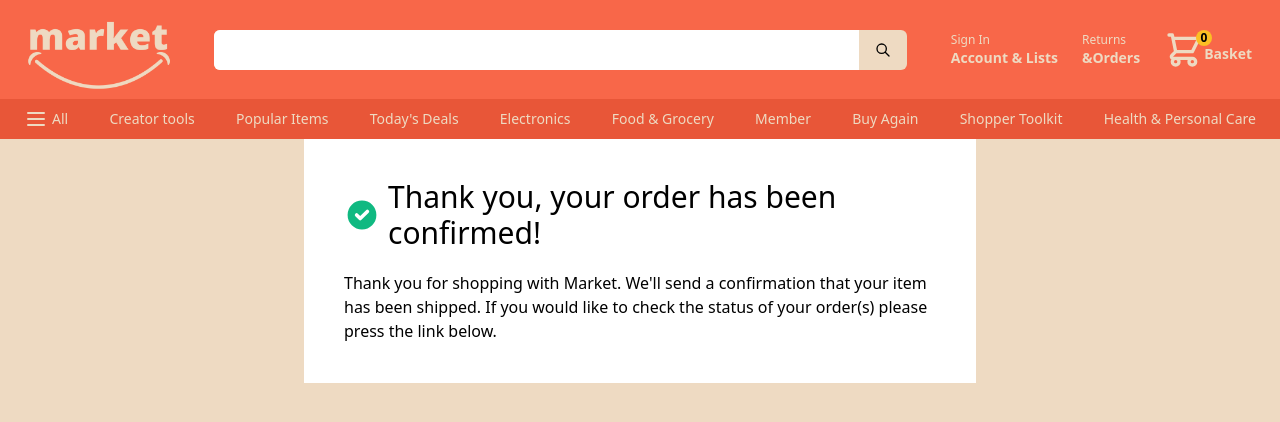
Repository: stephan-chiorean/marketplace-app
Page: /success
An editor plug-in stored every save of this project. The page is shown before and after the next save, followed by the edit.
The browser window is 1280 px wide. The pictures show the whole page.
The page's requests for data from a server got no answer. The project was rebuilt for these pictures with package versions that can differ from the ones it lists, and the page was loaded fresh each time. The framework's server and built-in components were replaced by stand-ins that run in the browser. No one was signed in, and anything a server would have sent is missing. Also part of the build but not shown: next.config.js.

Above is the page before, as saved 2023-03-14 17:06:40.

After the next save:
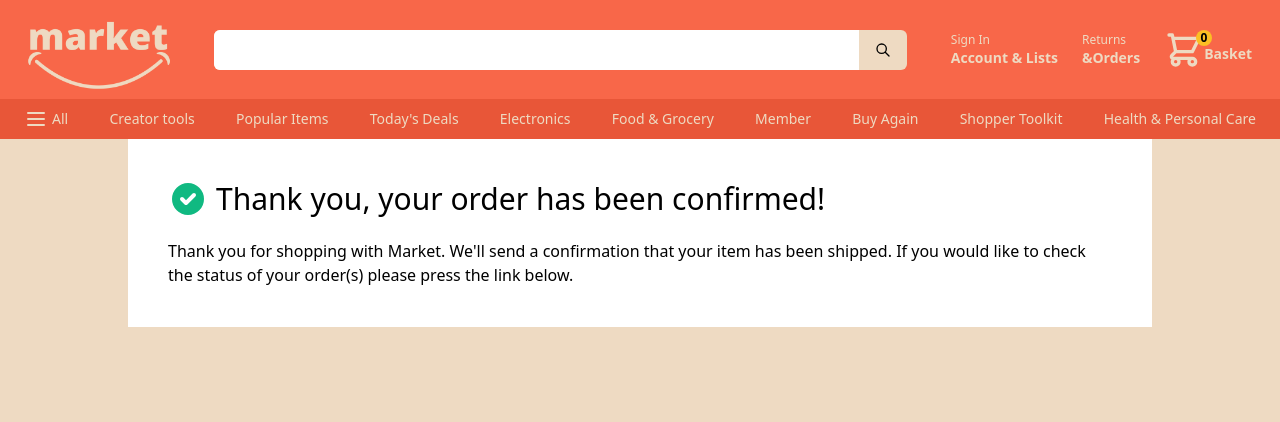
Saved 32 s later.
--- a/src/pages/success.js
+++ b/src/pages/success.js
@@ -6,7 +6,7 @@
   return (
     <div className='bg-marketplace-light h-screen'>
       <Header />
-      <main className='max-w-2xl mx-auto'>
+      <main className='max-w-screen-lg mx-auto'>
         <div className="flex flex-col p-10 bg-white">
           <div className="flex items-center space-x-2 mb-5">
             <CheckCircleIcon className='text-green-500 h-10' />
